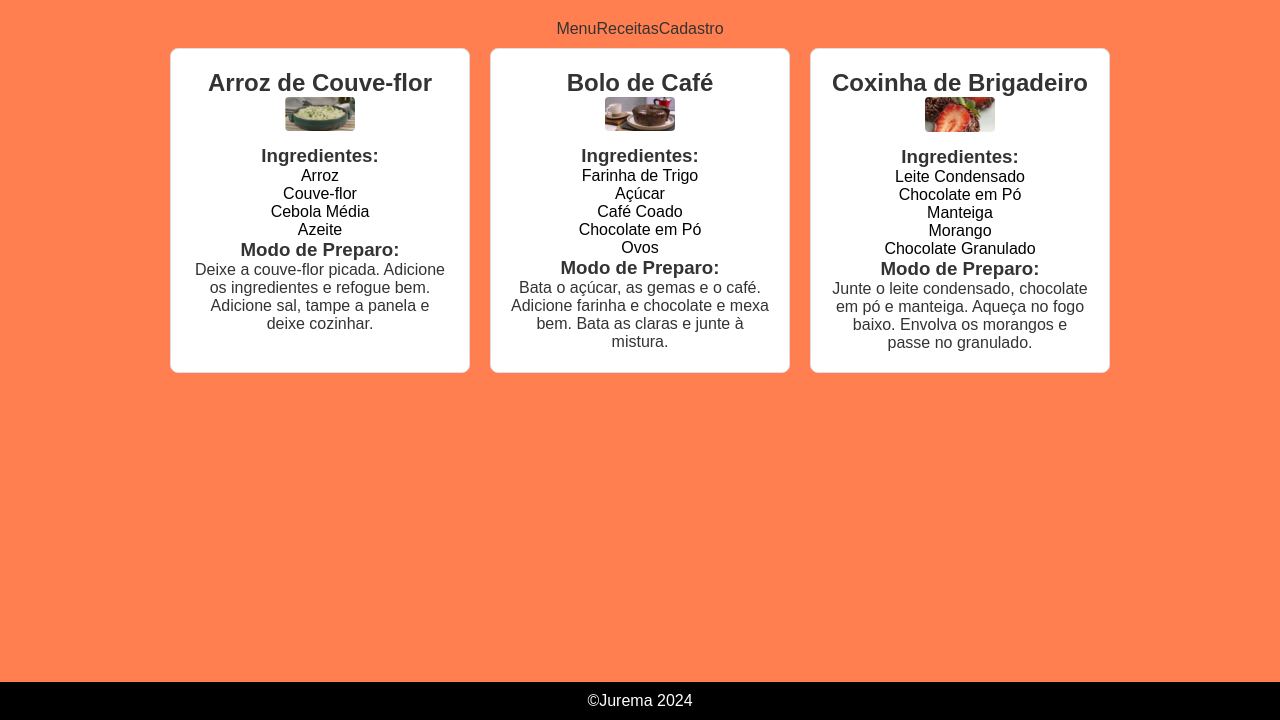
Repository: devropaes/RECEITAS
Page: OneDrive/Área de Trabalho/Estudos/Estácio/receitas/receitas.html
An editor plug-in stored every save of this project. The page is shown before and after the next save, followed by the edit.
The browser window is 1280 px wide. The pictures show the whole page.

Above is the page before, as saved 2024-03-13 21:13:07.

After the next save:
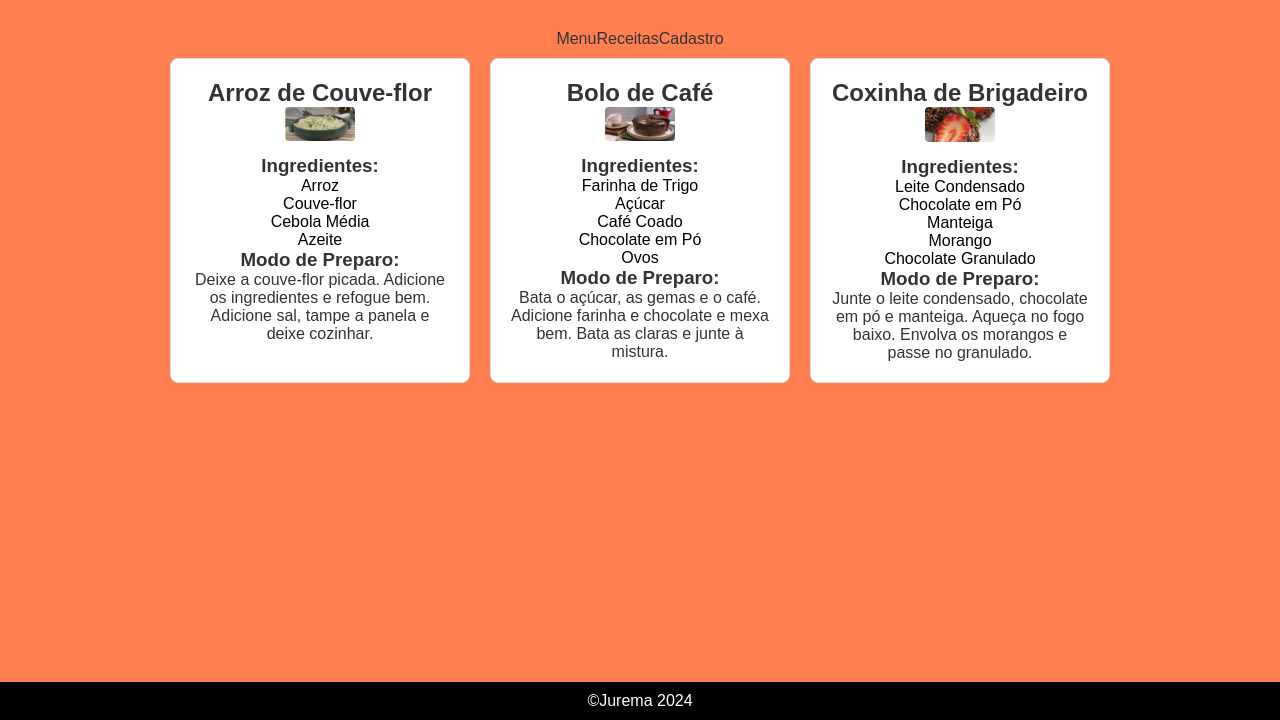
Saved 2 min 58 s later.
--- a/OneDrive/Área de Trabalho/Estudos/Estácio/receitas/receitas.html
+++ b/OneDrive/Área de Trabalho/Estudos/Estácio/receitas/receitas.html
@@ -12,11 +12,12 @@
   <div class="page-container">
     <header>
         <nav>
-            <ul class="navlist">
-                <li><a href="home.html">Menu</a></li>
-                <li><a href="receitas.html">Receitas</a></li>
-                <li><a href="cadastro.html">Cadastro</a></li>
-            </ul>
+            <div class="page-container"></div>
+  <ul class="navlist">
+      <li><a href="home.html">Menu</a></li>
+      <li><a href="receitas.html">Receitas</a></li>
+      <LI><a href="cadastro.html">Cadastro</a></LI>
+ </ul>
         </nav>
     </header>
 
